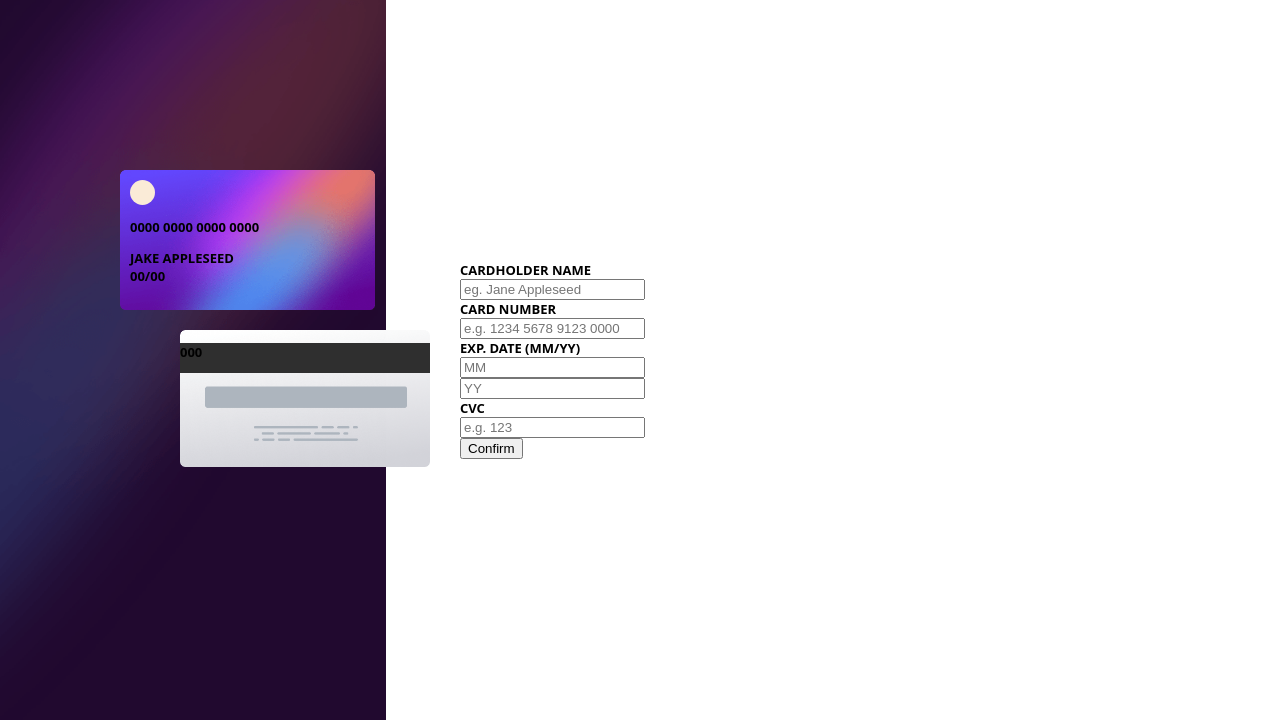
Repository: Celebration-cloud/my-project
Page: interactive-card-details-form-main/index.html
An editor plug-in stored every save of this project. The page is shown before and after a run of saves, followed by the edit.
The browser window is 1280 px wide. The pictures show the whole page.

Above is the page before, as saved 2023-08-23 00:40:22.

After the next 2 saves:
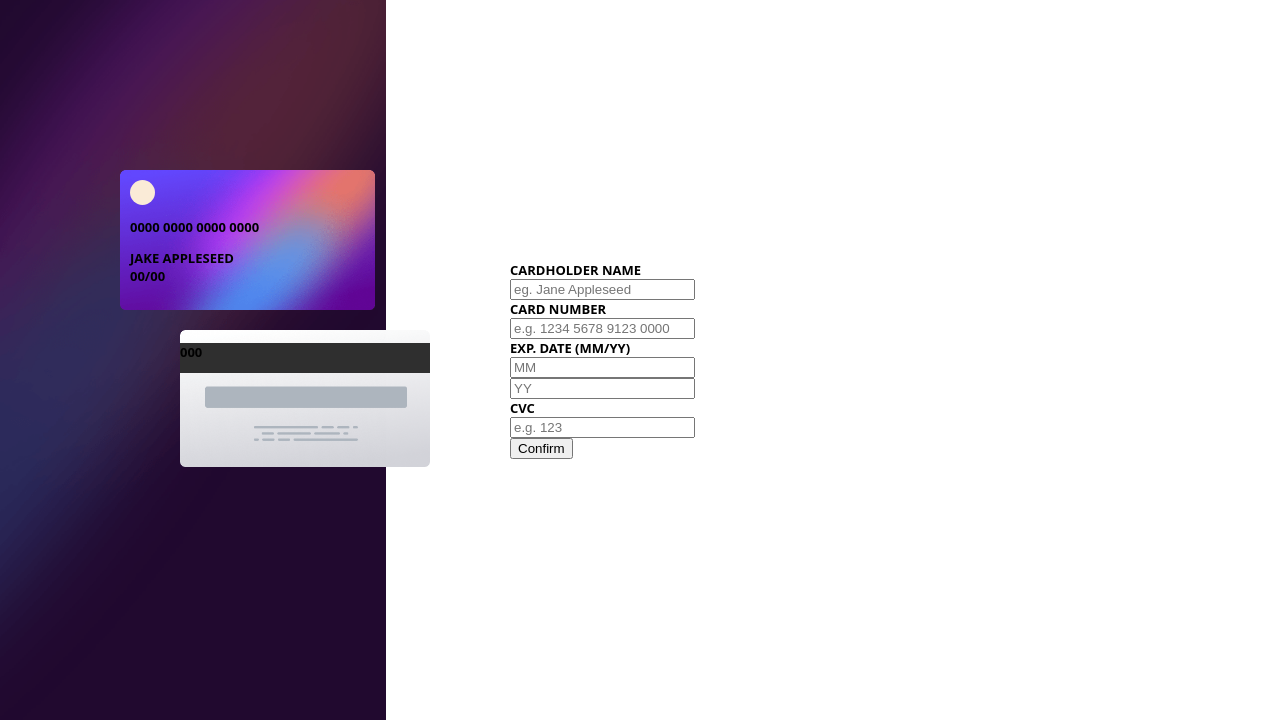
The 2 saves are shown as one change because they came seconds apart.
The last was saved 9 s later.
--- a/interactive-card-details-form-main/index.css
+++ b/interactive-card-details-form-main/index.css
@@ -14,7 +14,7 @@ body{
 .container{
     display: flex;
     height: 100vh;
-    gap: 30px;
+    gap: 80px;
 }
 #section-a{
     align-self: center;
